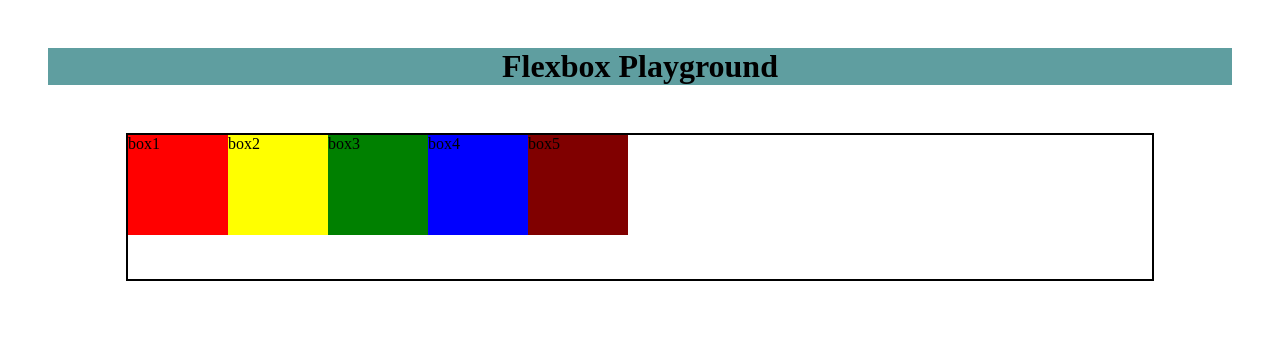
Repository: rakeshkolpepatil/CSS_Apana_College
Page: index.html
An editor plug-in stored every save of this project. The page is shown before and after the next save, followed by the edit.
The browser window is 1280 px wide. The pictures show the whole page.

Above is the page before, as saved 2023-06-24 20:44:32.

After the next save:
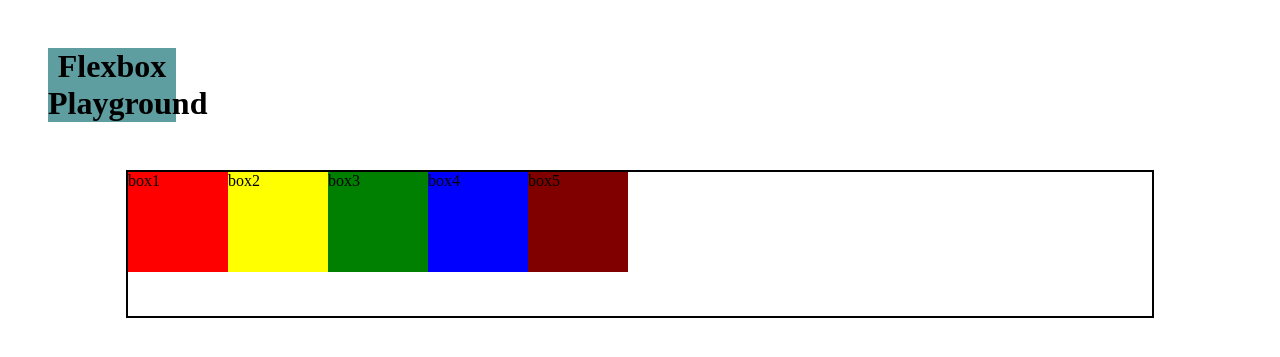
Saved 7 s later.
--- a/styleSeven.css
+++ b/styleSeven.css
@@ -6,7 +6,7 @@ h1{
   text-align: center;
   margin: 3rem;
   background-color:cadetblue;
-  width: auto;
+  width: 10vw;
 }
 #container{
   display: flex;
